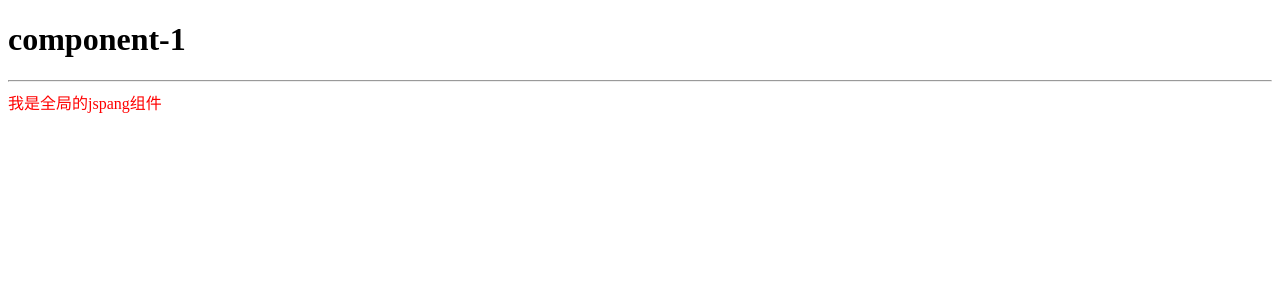
Repository: 13982720426/vue2.0-LearningNotes
Page: example/component-1.html
The author's editor kept a copy of each file at every save. The page is drawn from the files as they stood at one save, then again after the next save.
The browser window is 1280 px wide. The pictures show the whole page.

Above is the page before, as saved 2021-06-24 21:08:25.

### example/component-1.html
<!DOCTYPE html>
<html lang="en">
  <head>
    <meta charset="UTF-8" />
    <meta http-equiv="X-UA-Compatible" content="IE=edge" />
    <meta name="viewport" content="width=device-width, initial-scale=1.0" />
    <title>component-1</title>
    <script type="text/javascript" src="../assets/js/vue.js"></script>
  </head>
  <body>
    <h1>component-1</h1>
    <hr />
    <div id="app">
      <jspang></jspang>
    </div>

    <script type="text/javascript">
      Vue.component('jspang', {
        template: `<div style='color:red'>我是全局的jspang组件</div>`,
      });
      var app = new Vue({
        el: '#app',
        components: {
          panda: {
            template: `<div style='color:green'>我是局部的panda组件</div>`,
          },
        },
      });
    </script>
  </body>
</html>

Loaded but not shown: assets/js/vue.js (library)

After the next save:
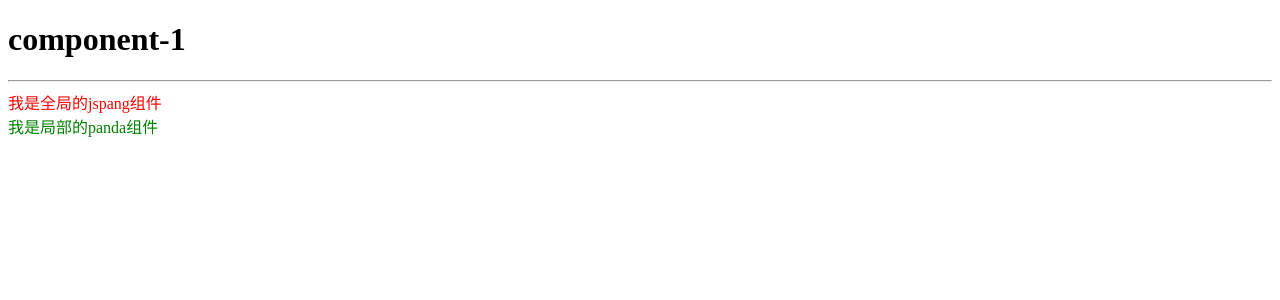
Saved 26 s later.
--- a/example/component-1.html
+++ b/example/component-1.html
@@ -12,6 +12,7 @@
     <hr />
     <div id="app">
       <jspang></jspang>
+      <panda></panda>
     </div>
 
     <script type="text/javascript">
